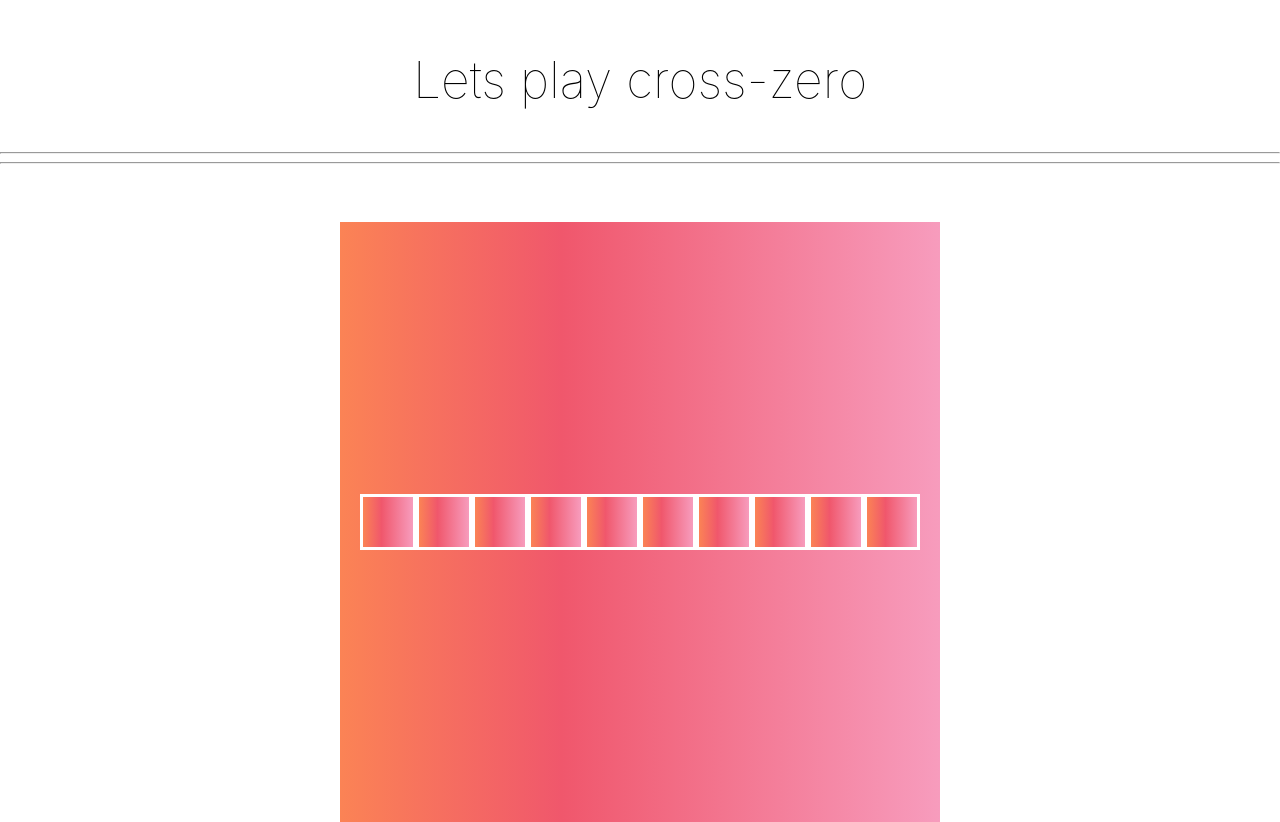
Repository: PGVlasov/cross-zero-game
Page: /
These files come from the project's save history. The page is drawn as it stood at one moment and after the next save; the edit follows.
The browser window is 1280 px wide. The pictures show the whole page.
The project was rebuilt for these pictures with package versions that can differ from the ones it lists, and the page was loaded fresh each time. Also part of the build but not shown: webpack.config.js, src/Containers/Field/Field.module.css, src/Containers/Field/Field.js.

Above is the page before, as saved 2020-11-29 19:22:21.

### src/App.js
import Field from "./Containers/Field/Field";
import Field1 from "./Containers/Field/Field1";
import { Header } from "./Containers/Header/Header";

function App() {
  return (
    <div>
      <Header />
      <hr />
      <hr />
      <Field1 />
    </div>
  );
}

export default App;

### src/Containers/Field/Field1.js
import React from "react";
import classes from "./Field1.module.css";

class Field1 extends React.Component {
  constructor(props) {
    super(props);
    this.myRef = React.createRef();
    this.state = { state: { text: "" } };

    this.onSetValue = this.onSetValue.bind(this);
  }

  onSetValue(event) {
    this.setState((state) => ({
      state: { text: "X" },
    }));

    event.target.innerHTML = "X";

    console.log(event);
    console.log(event.target);
  }

  //   onSetZero() {}

  render() {
    return (
      <div className={classes.conteiner}>
        <div
          className={classes.area}
          ref={this.myRef}
          onClick={this.onSetValue}
        >
          <div className={classes.table}></div>
          <div className={classes.table}></div>
          <div className={classes.table}></div>
          <div className={classes.table}></div>
          <div className={classes.table}></div>
          <div className={classes.table}></div>
          <div className={classes.table}></div>
          <div className={classes.table}></div>
          <div className={classes.table}></div>
          <div className={classes.table}></div>
        </div>
      </div>
    );
  }
}

export default Field1;

### src/Containers/Header/Header.js
import classes from "./Header.module.css";
import React from "react";

export const Header = () => {
  return (
    <div>
      <h2 className={classes.Header}>Lets play cross-zero</h2>
    </div>
  );
};

### src/Containers/Field/Field1.module.css
.area {
  width: 600px;
  height: 600px;
  max-width: 600 px;
  display: flex;
  justify-content: center;
  margin-top: 50px;
  font-size: 500;
  background: linear-gradient(90deg, #fb8355 0%, #f0576c 37%, #f79cbd 100%);
  align-items: center;
  flex-wrap: wrap;
}

.table {
  display: flex;
  width: 50px;
  height: 50px;
  font-size: 500;
  border: white 3px solid;
  background: linear-gradient(90deg, #fb8355 0%, #f0576c 37%, #f79cbd 100%);
  font-size: 45px;
  color: whitesmoke;
  justify-content: center;
  align-items: center;
  justify-content: center;
}

.conteiner {
  display: flex;
  justify-content: center;
}

.btn {
  font-size: 40px;
  color: whitesmoke;
}

### src/Containers/Header/Header.module.css
.Header {
  display: flex;
  justify-content: center;
  margin-top: 50px;
  font-size: 50px;
  font-weight: 100;
}

Loaded but not shown: public/index.html (common file); src/index.js (common file); src/index.css (common file); src/reportWebVitals.js (common file)

After the next save:
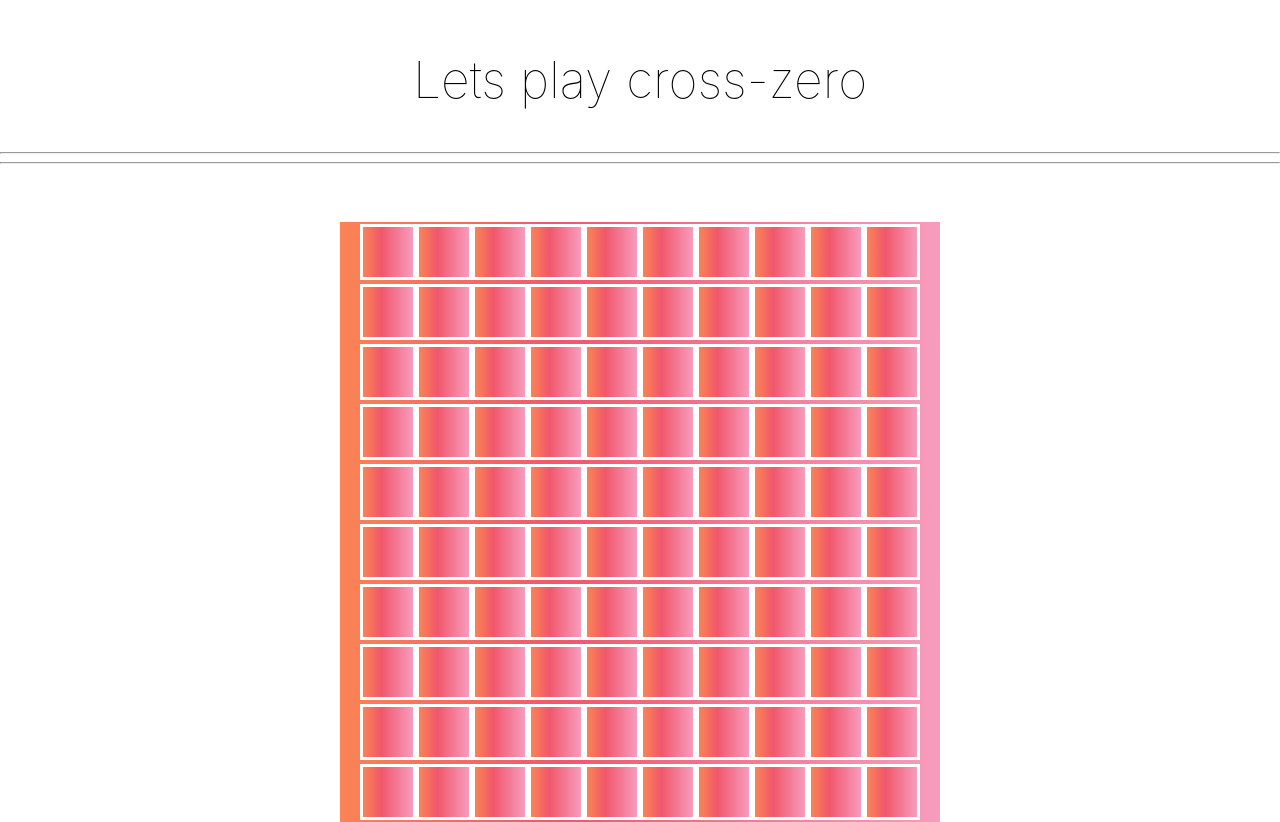
Saved 23 s later.
--- a/src/Containers/Field/Field1.js
+++ b/src/Containers/Field/Field1.js
@@ -41,6 +41,96 @@ class Field1 extends React.Component {
           <div className={classes.table}></div>
           <div className={classes.table}></div>
           <div className={classes.table}></div>
+          <div className={classes.table}></div>
+          <div className={classes.table}></div>
+          <div className={classes.table}></div>
+          <div className={classes.table}></div>
+          <div className={classes.table}></div>
+          <div className={classes.table}></div>
+          <div className={classes.table}></div>
+          <div className={classes.table}></div>
+          <div className={classes.table}></div>
+          <div className={classes.table}></div>
+          <div className={classes.table}></div>
+          <div className={classes.table}></div>
+          <div className={classes.table}></div>
+          <div className={classes.table}></div>
+          <div className={classes.table}></div>
+          <div className={classes.table}></div>
+          <div className={classes.table}></div>
+          <div className={classes.table}></div>
+          <div className={classes.table}></div>
+          <div className={classes.table}></div>
+          <div className={classes.table}></div>
+          <div className={classes.table}></div>
+          <div className={classes.table}></div>
+          <div className={classes.table}></div>
+          <div className={classes.table}></div>
+          <div className={classes.table}></div>
+          <div className={classes.table}></div>
+          <div className={classes.table}></div>
+          <div className={classes.table}></div>
+          <div className={classes.table}></div>
+          <div className={classes.table}></div>
+          <div className={classes.table}></div>
+          <div className={classes.table}></div>
+          <div className={classes.table}></div>
+          <div className={classes.table}></div>
+          <div className={classes.table}></div>
+          <div className={classes.table}></div>
+          <div className={classes.table}></div>
+          <div className={classes.table}></div>
+          <div className={classes.table}></div>
+          <div className={classes.table}></div>
+          <div className={classes.table}></div>
+          <div className={classes.table}></div>
+          <div className={classes.table}></div>
+          <div className={classes.table}></div>
+          <div className={classes.table}></div>
+          <div className={classes.table}></div>
+          <div className={classes.table}></div>
+          <div className={classes.table}></div>
+          <div className={classes.table}></div>
+          <div className={classes.table}></div>
+          <div className={classes.table}></div>
+          <div className={classes.table}></div>
+          <div className={classes.table}></div>
+          <div className={classes.table}></div>
+          <div className={classes.table}></div>
+          <div className={classes.table}></div>
+          <div className={classes.table}></div>
+          <div className={classes.table}></div>
+          <div className={classes.table}></div>
+          <div className={classes.table}></div>
+          <div className={classes.table}></div>
+          <div className={classes.table}></div>
+          <div className={classes.table}></div>
+          <div className={classes.table}></div>
+          <div className={classes.table}></div>
+          <div className={classes.table}></div>
+          <div className={classes.table}></div>
+          <div className={classes.table}></div>
+          <div className={classes.table}></div>
+          <div className={classes.table}></div>
+          <div className={classes.table}></div>
+          <div className={classes.table}></div>
+          <div className={classes.table}></div>
+          <div className={classes.table}></div>
+          <div className={classes.table}></div>
+          <div className={classes.table}></div>
+          <div className={classes.table}></div>
+          <div className={classes.table}></div>
+          <div className={classes.table}></div>
+          <div className={classes.table}></div>
+          <div className={classes.table}></div>
+          <div className={classes.table}></div>
+          <div className={classes.table}></div>
+          <div className={classes.table}></div>
+          <div className={classes.table}></div>
+          <div className={classes.table}></div>
+          <div className={classes.table}></div>
+          <div className={classes.table}></div>
+          <div className={classes.table}></div>
         </div>
       </div>
     );
